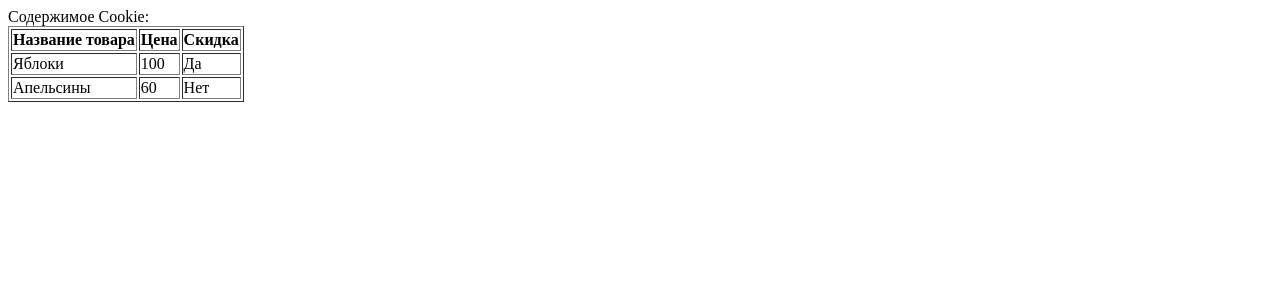
Repository: dknowuser/JavaWebLab6
Page: http://localhost/lab3/ListData.jsp
An editor plug-in stored every save of this project. The page is shown before and after the next save, followed by the edit.
The browser window is 1280 px wide. The pictures show the whole page.
The page is served by Tomcat 9. Other server files are loaded and not shown.

Above is the page before, as saved 2019-02-21 02:30:18.

### lab3/WebContent/ListData.jsp
<%-- Автор: Марчук Л.Б., Дата 19.02.2019,
Описание: Вывод тела таблицы --%>

<%@ page language="java" contentType="text/html; charset=UTF-8"
    pageEncoding="UTF-8"%>
<body>
Содержимое Cookie:<br>
<%
	//Выбор всех Cookie
	Cookie [] c = request.getCookies();
	if(c != null)
		for(int i = 0; i < c.length; i++)
			out.print(c[i].getName() + ": " + c[i].getValue() + " | ");
%>



</body>
<table border='1'>
<tr>
<td><b>Название товара</b></td>
<td><b>Цена</b></td>
<td><b>Скидка</b></td>
</tr>
<tr>
<td>Яблоки</td>
<td>100</td>
<td>Да</td>
</tr>
<tr>
<td>Апельсины</td>
<td>60</td>
<td>Нет</td>
</tr>
</table>

After the next save:
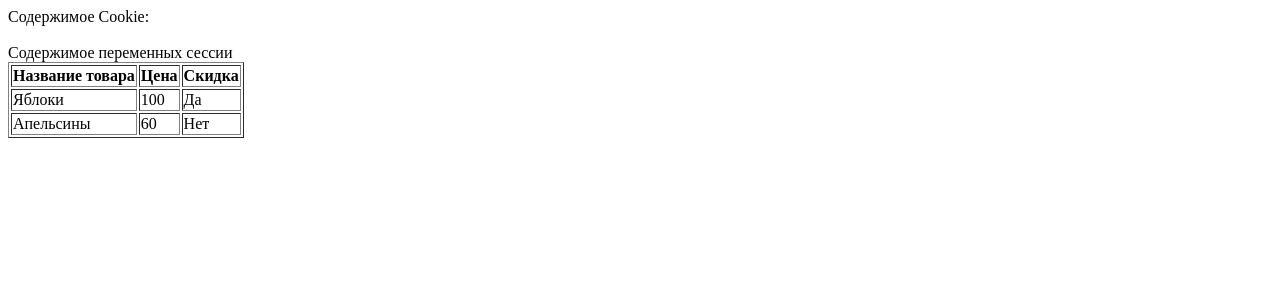
Saved 74 s later.
--- a/lab3/WebContent/ListData.jsp
+++ b/lab3/WebContent/ListData.jsp
@@ -11,7 +11,8 @@
 	if(c != null)
 		for(int i = 0; i < c.length; i++)
 			out.print(c[i].getName() + ": " + c[i].getValue() + " | ");
-%>
+%><br>
+Содержимое переменных сессии<br>
 
 
 
